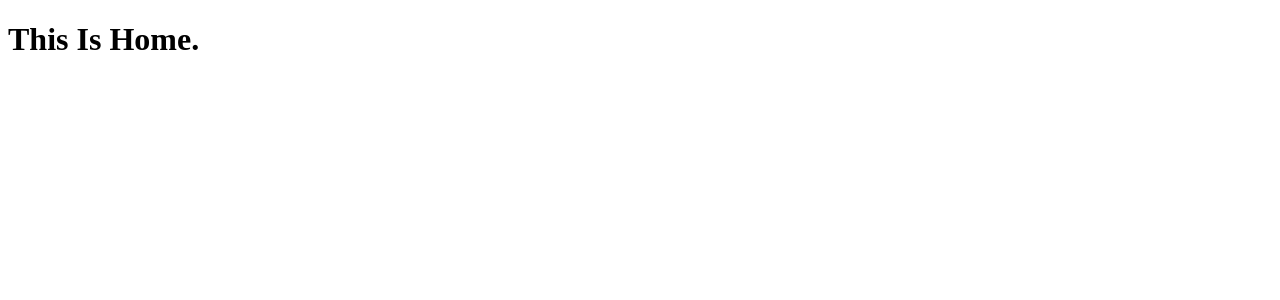
Repository: Ayushvarma01/SpringMVC
Page: SkillUp/src/main/webapp/WEB-INF/views/home.html
The author's editor kept a copy of each file at every save. The page is drawn from the files as they stood at one save, then again after the next save.
The browser window is 1280 px wide. The pictures show the whole page.

Above is the page before, as saved 2024-06-04 17:50:21.

After the next save:
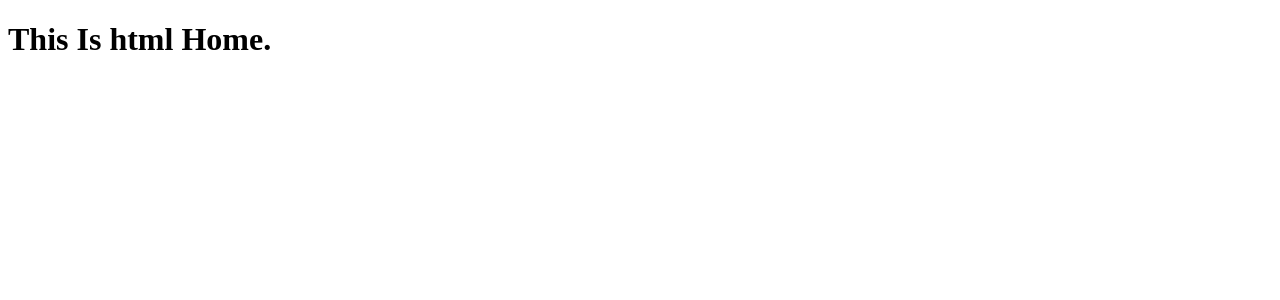
Saved 3 min 24 s later.
--- a/SkillUp/src/main/webapp/WEB-INF/views/home.html
+++ b/SkillUp/src/main/webapp/WEB-INF/views/home.html
@@ -5,6 +5,6 @@
 <title>Insert title here</title>
 </head>
 <body>
-	<h1>This Is Home.</h1>
+	<h1>This Is html Home.</h1>
 </body>
 </html>

After the save that followed:
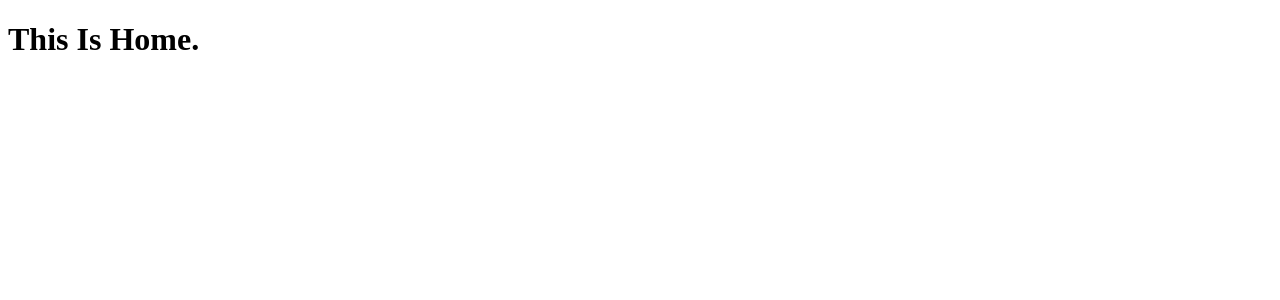
Saved 11 s later.
--- a/SkillUp/src/main/webapp/WEB-INF/views/home.html
+++ b/SkillUp/src/main/webapp/WEB-INF/views/home.html
@@ -5,6 +5,6 @@
 <title>Insert title here</title>
 </head>
 <body>
-	<h1>This Is html Home.</h1>
+	<h1>This Is Home.</h1>
 </body>
 </html>
